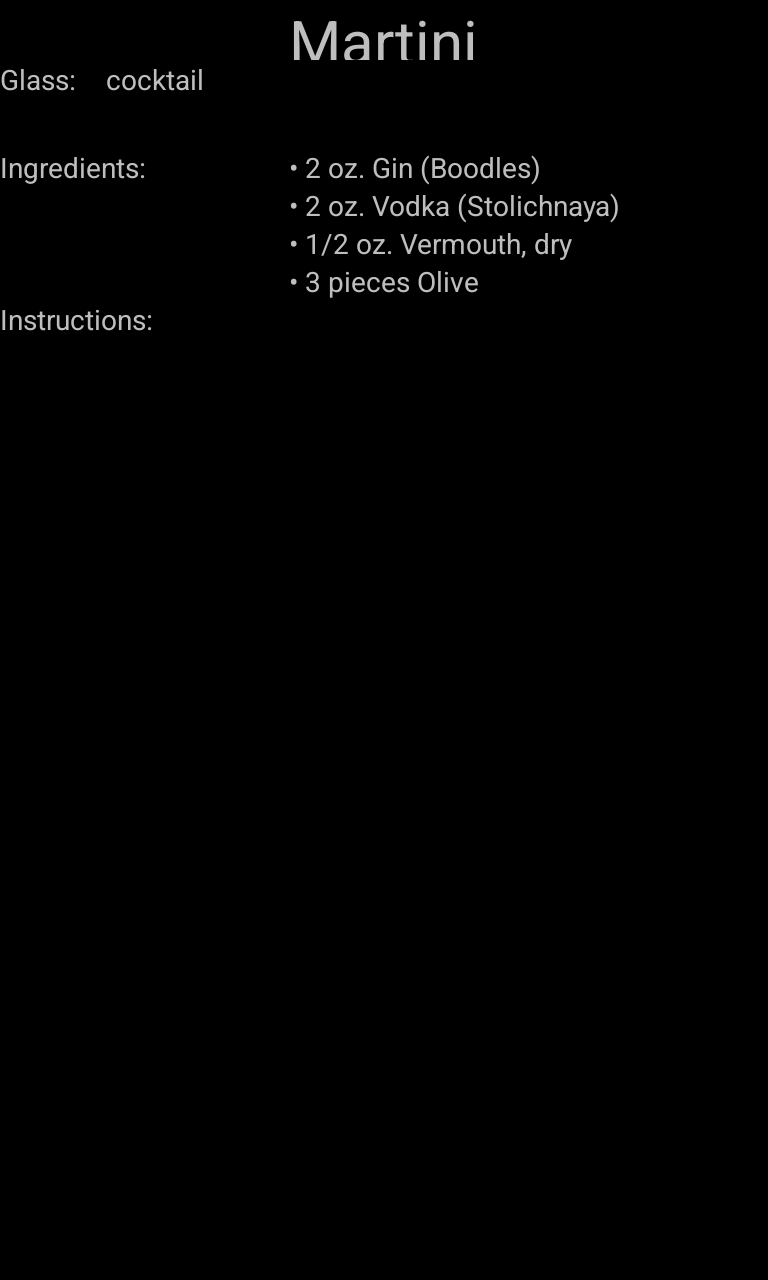
Repository: caltangelo/Drinkables
Layout: CocktailView/res/layout/main.xml
An editor plug-in stored every save of this project. The layout is shown before and after the next save, followed by the edit.
It is drawn on a 768 x 1280 px phone screen (xhdpi) without system bars, with theme android:Theme; the app's code is not run.

Above is the layout before, as saved 2011-09-22 20:38:06.

### CocktailView/res/layout/main.xml
<?xml version="1.0" encoding="utf-8"?>
<RelativeLayout xmlns:android="http://schemas.android.com/apk/res/android"
	android:orientation="vertical" android:layout_width="fill_parent"
	android:layout_height="fill_parent">
	<TextView android:id="@+id/drinkname" android:layout_height="30sp"
		android:textSize="30sp" android:text="@string/drink_name"
		android:layout_width="wrap_content" android:layout_alignParentTop="true"
		android:layout_centerHorizontal="true" />

	<TextView android:id="@+id/glass_label" android:layout_width="wrap_content"
		android:layout_height="wrap_content" android:layout_below="@id/drinkname"
		android:layout_alignParentLeft="true" android:text="Glass:" />
	<TextView android:id="@+id/glass_type"
		android:layout_toRightOf="@id/glass_label" android:text="@string/drink_glass"
		android:layout_height="wrap_content" android:layout_width="wrap_content"
		android:layout_alignTop="@id/glass_label" android:paddingLeft="15sp" />

	<TextView android:layout_height="wrap_content" android:id="@+id/ingredient_label"
		android:text="Ingredients: " android:layout_width="wrap_content"
		android:layout_below="@+id/glass_label"
		android:layout_alignParentLeft="true" android:layout_marginTop="25dp"/>
	<TableLayout android:layout_height="wrap_content" android:id="@+id/ingredient_table" android:layout_width="wrap_content" android:layout_alignTop="@+id/ingredient_label" android:layout_alignLeft="@+id/drinkname" android:layout_alignParentRight="true">
		<TableRow android:id="@+id/tableRow1" android:layout_width="wrap_content" android:layout_height="wrap_content">
			<TextView android:text="• 2 oz. Gin (Boodles)" android:id="@+id/textView1" android:layout_width="wrap_content" android:layout_height="wrap_content"/>
		</TableRow>
		<TableRow android:id="@+id/tableRow2" android:layout_width="wrap_content" android:layout_height="wrap_content">
			<TextView android:text="• 2 oz. Vodka (Stolichnaya)" android:id="@+id/textView2" android:layout_width="wrap_content" android:layout_height="wrap_content"></TextView>
		</TableRow>
		<TableRow android:id="@+id/tableRow3" android:layout_width="wrap_content" android:layout_height="wrap_content">
			<TextView android:text="• 1/2 oz. Vermouth, dry" android:id="@+id/textView3" android:layout_width="wrap_content" android:layout_height="wrap_content"></TextView>
		</TableRow>
		<TableRow android:id="@+id/tableRow4" android:layout_width="wrap_content" android:layout_height="wrap_content">
			<TextView android:text="• 3 pieces Olive" android:id="@+id/textView4" android:layout_width="wrap_content" android:layout_height="wrap_content"></TextView>
		</TableRow>
	</TableLayout>

	<TextView android:id="@+id/instruction_label" android:layout_height="wrap_content" android:layout_width="wrap_content"
		android:layout_below="@id/ingredient_table" android:layout_alignParentLeft="true" android:text="Instructions: "/>

</RelativeLayout>

### CocktailView/res/values/strings.xml
<?xml version="1.0" encoding="utf-8"?>
<resources>
    <string name="hello">Hello World, CocktailViewActivity!</string>
    <string name="app_name">CocktailView</string>
    <string name="drink_name">Martini</string>
    <string name="drink_glass">cocktail</string>
    <string-array name="drink_ingredients">
        <item>2 oz. Gin (Boodles)</item>
        <item>2 oz. Vodka (Stolichnaya)</item>
        <item>1/2 oz. Vermouth, dry</item>
        <item>3 pieces Olive</item>
    </string-array>
    <string name="drink_instructions">Add ingredients (except for olives) to a cocktail shaker, shake and strain into a chilled cocktail glass.  Add olives as garnish.</string>
</resources>

After the next save:
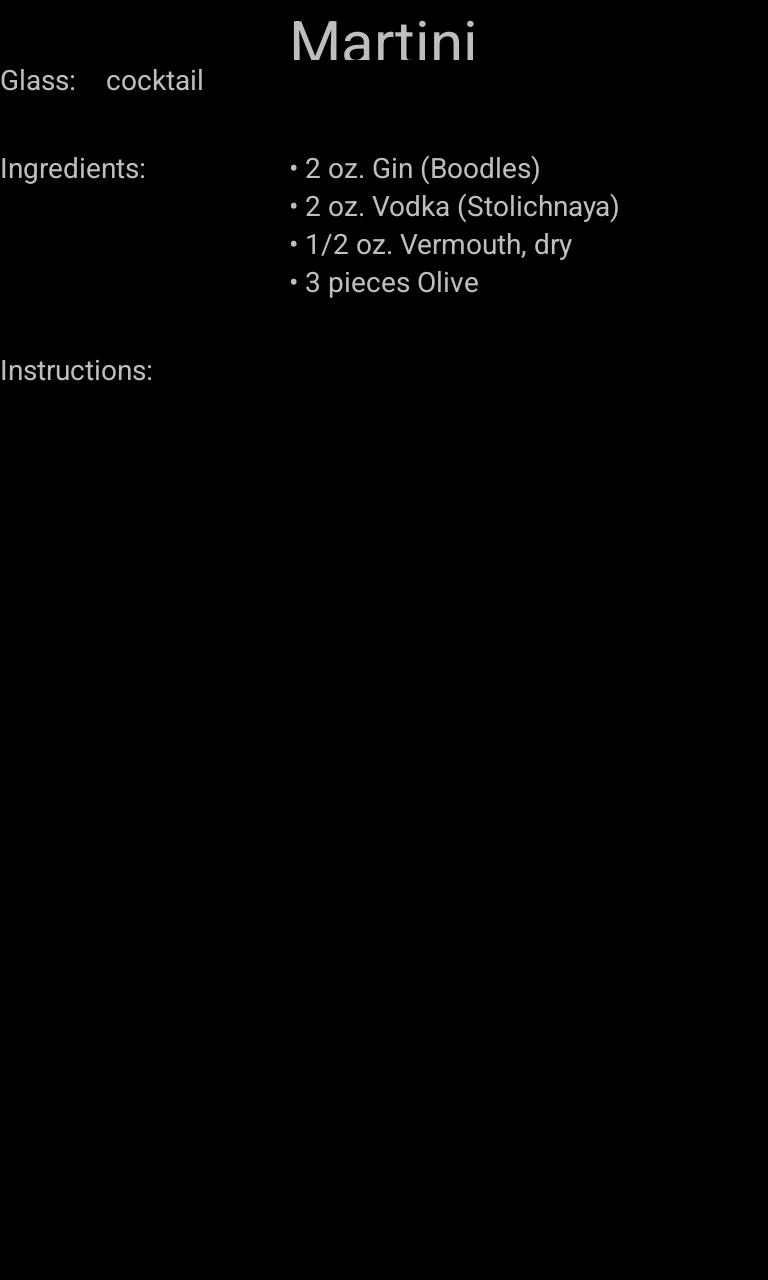
Saved 37 s later.
--- a/CocktailView/res/layout/main.xml
+++ b/CocktailView/res/layout/main.xml
@@ -35,6 +35,7 @@
 	</TableLayout>
 
 	<TextView android:id="@+id/instruction_label" android:layout_height="wrap_content" android:layout_width="wrap_content"
-		android:layout_below="@id/ingredient_table" android:layout_alignParentLeft="true" android:text="Instructions: "/>
+		android:layout_below="@id/ingredient_table" android:layout_alignParentLeft="true" android:text="Instructions: "
+		android:layout_marginTop="25dp"/>
 
 </RelativeLayout>
